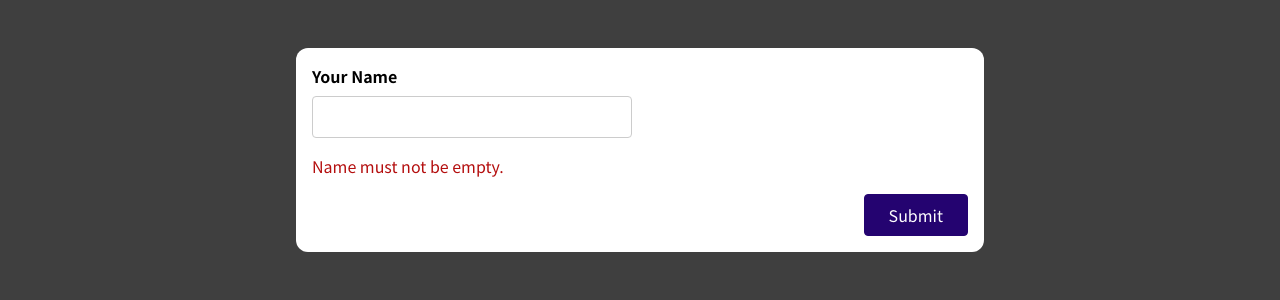
Repository: wenxi0504/08_Form-UserInput-React-
Page: /
The author's editor kept a copy of each file at every save. The page is drawn from the files as they stood at one save, then again after the next save.
The browser window is 1280 px wide. The pictures show the whole page.
The project was rebuilt for these pictures with package versions that can differ from the ones it lists, and the page was loaded fresh each time.

Above is the page before, as saved 2022-07-13 22:48:15.

After the next save:
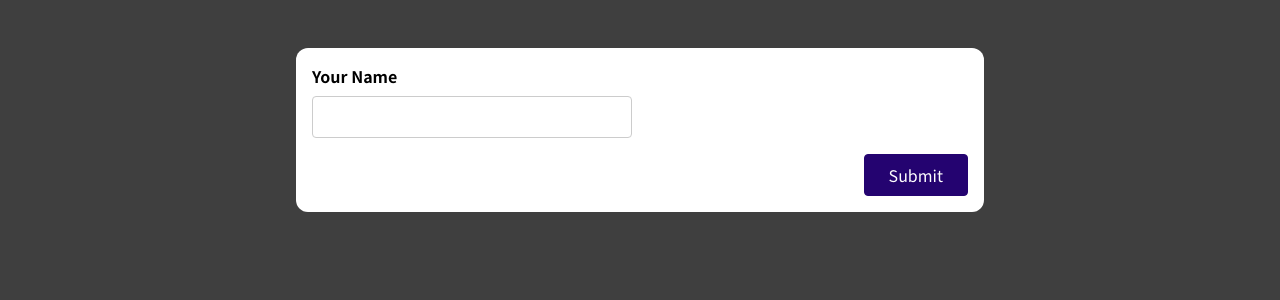
Saved 32 s later.
--- a/src/components/SimpleInput.js
+++ b/src/components/SimpleInput.js
@@ -6,7 +6,7 @@ const SimpleInput = (props) => {
 
   // method 1 use State,only needs the value once
   const [enteredName, setEnteredName] = useState("");
-  const [enteredNameIsValid, setEnteredNameIsValid] = useState(false);
+  const [enteredNameIsValid, setEnteredNameIsValid] = useState(true);
   const nameInputChangeHandler = (event) => {
     setEnteredName(event.target.value);
   };
